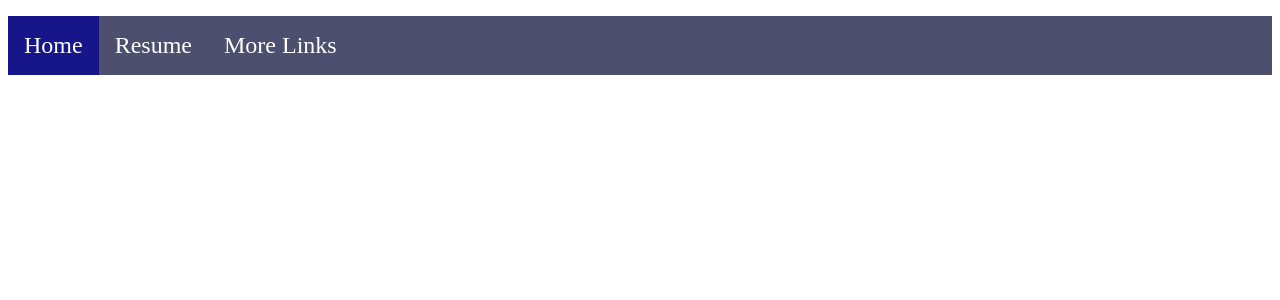
Repository: Luis6969/Luis6969.github.io
Page: resume.html
The author's editor kept a record of every edit. The page is drawn from the files as they stood at one moment, then again after the next edit.
The browser window is 1280 px wide. The pictures show the whole page.
The pointer rests on the first visible `.navbar li`.

Above is the page before.

After the next edit:
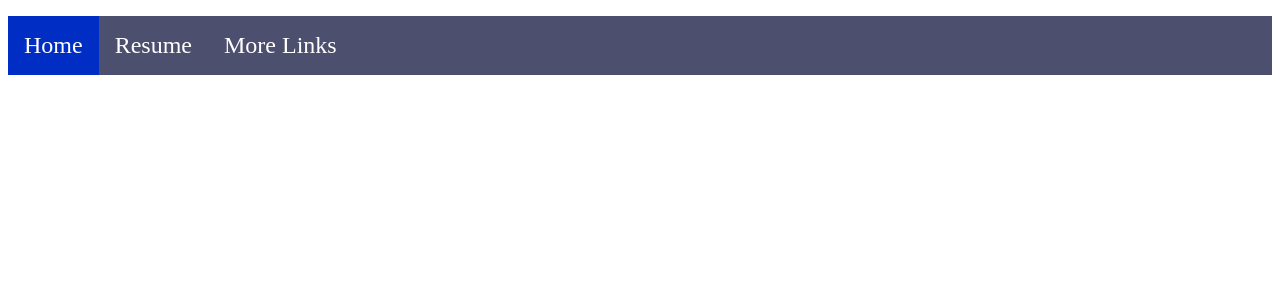
The edit:
--- a/resume.html
+++ b/resume.html
@@ -23,7 +23,7 @@
     }
 
     .navbar li:hover{
-      background-color: #17158a
+      background-color: #002ec4
     }
 
     .dropdown-content{
